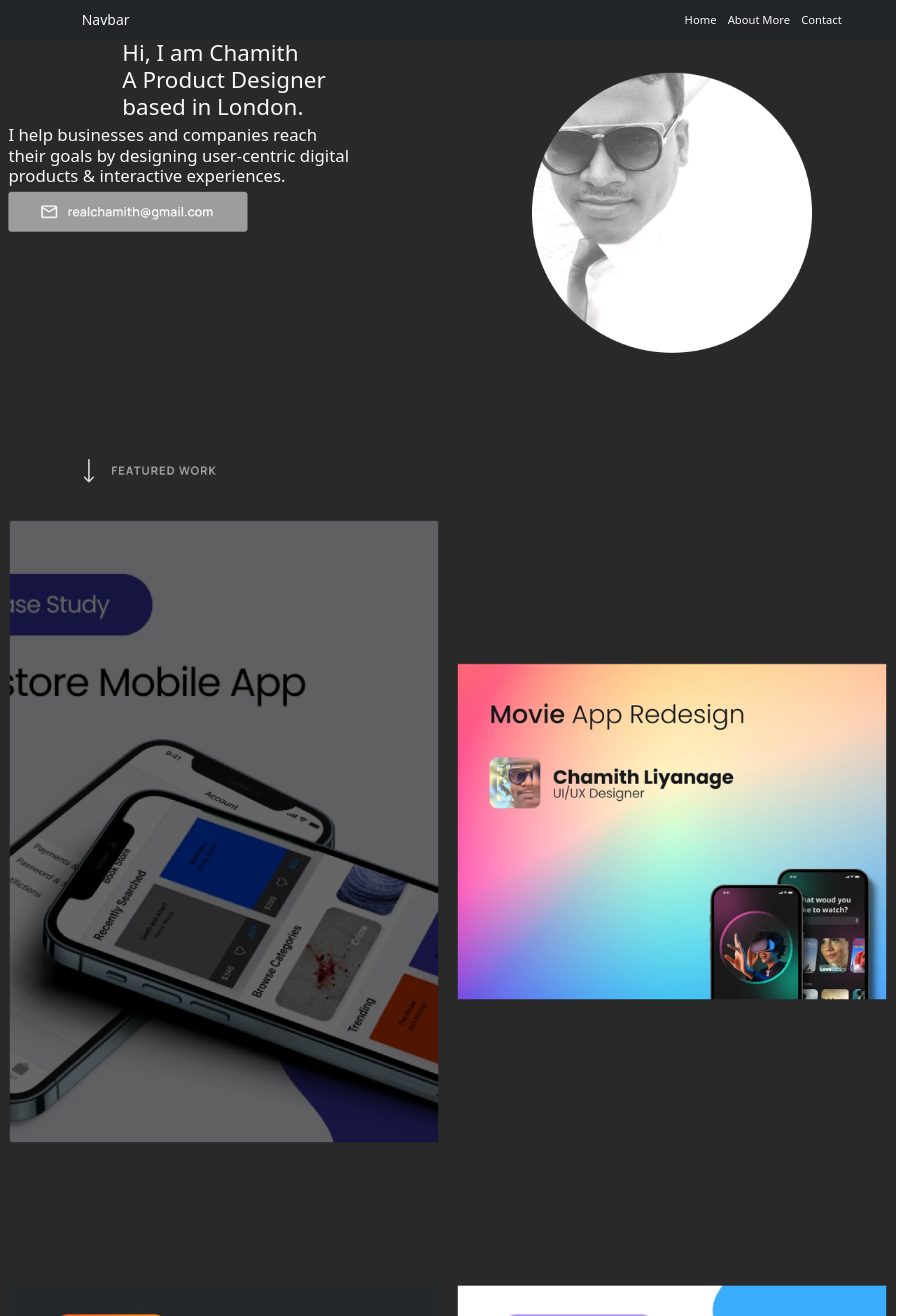
Repository: Realchamithweb/chamith-html
Page: index.html
These files come from the project's save history. The page is drawn as it stood at one moment and after the next save; the edit follows.
The browser window is 1280 px wide. The page is 1292 px wide, so the pictures cover 1292 px, including what lies to the right of the window. The pictures show the part of the page from y = 0 to 1880 px (the page is 4129 px tall), at 70% of full size.

Above is the page before, as saved 2023-01-04 12:07:59.

### index.html
<!doctype html>
<html lang="en">
  <head>
    <!-- Required meta tags -->
    <meta charset="utf-8">
    <meta name="viewport" content="width=device-width, initial-scale=1">
    <link rel="stylesheet" href="/css/style.css">
    <!-- Bootstrap CSS -->
    <link href="https://cdn.jsdelivr.net/npm/bootstrap@5.0.2/dist/css/bootstrap.min.css" rel="stylesheet" integrity="sha384-EVSTQN3/azprG1Anm3QDgpJLIm9Nao0Yz1ztcQTwFspd3yD65VohhpuuCOmLASjC" crossorigin="anonymous">

    <title>Hello, world!</title>
  </head>
  <body>
    <div class="main">
            <div class="head">
                <nav class="navbar navbar-expand-lg navbar-light bg-dark">
                    <div class="container-fluid">
                        <div class="col-md-1"></div>
                    <a class="navbar-brand col-md-8 text-light" href="#">Navbar</a>
                    <button class="navbar-toggler" type="button" data-bs-toggle="collapse" data-bs-target="#navbarNavDropdown" aria-controls="navbarNavDropdown" aria-expanded="false" aria-label="Toggle navigation">
                        <span class="navbar-toggler-icon"></span>
                    </button>
                    <div class="collapse navbar-collapse" id="navbarNavDropdown">
                        <ul class="navbar-nav">
                        <li class="nav-item">
                            <a class="nav-link active text-light" aria-current="page" href="#">Home</a>
                        </li>
                        <li class="nav-item">
                            <a class="nav-link text-light" href="/about-more.html">About More</a>
                        </li>
                        <li class="nav-item">
                            <a class="nav-link text-light" href="/contact.html">Contact</a>
                        </li>
                        </ul>
                    </div>
                    </div>
                </nav>
            </div>

            <section>
            <div class="hero">
                <div class="container-fluid">
                    <div class="row">
                        <div class="col-lg-6 ">
                            <p class="hero-title text-light h2 d-flex justify-content-center">Hi, I am Chamith<br>
                                A Product Designer<br>
                                based in London.
                            </p>
                            <p class="hero-text text-light h4">
                                I help businesses and companies reach <br>
                                their goals by designing user-centric digital <br>
                                products & interactive experiences.
                            </p>
                            <img src="/inc/Btn.png" class="img02">
                        </div>
                        <div class="col-lg-6 d-flex justify-content-center mb-5 mt-5">
                            <img src="/inc/unsplash_XHVpWcr5grQ.png"" class="img01">
                        </div>
                    </div>
                </div>
            </div>
            </section>
            <section>
            <div class="Featured-Work">
                <div class="container-fluid">
                    <div class="row mt-5">
                        <div class="col-lg-1  mb-5"></div>
                        <div class="col-lg-10  mb-5 mt-5">
                            <img src="/inc/Featured.png" class="img00">
                        </div>
                        <div class="col-lg-6 d-flex justify-content-center">
                            <img src="/inc/unsplash_mxPiMiz7KCo.png" class="img01">

                        </div>
                        <div class="col-lg-6 d-flex justify-content-center">
                            <img src="/inc/unsplash_g-pKprPg5yw.png" class="img02">
                        </div>
                    </div>
                </div>
                <div class="container-fluid">
                    <div class="row">
                        <div class="col-lg-6 d-flex justify-content-center">
                            <img src="/inc/unsplash_pqzRfBhd9r0.png" class="img01">
                        </div>
                        <div class="col-lg-6 d-flex justify-content-center">
                            <img src="/inc/unsplash_x-HpilsdKEk.png" class="img01">
                        </div>
                    </div>
                </div>
            </div>
            </section>
            <section>
                <div class="Visual-Explorations mb-5">
                    <div class="container-fluild">
                        <div class="row">
                            <div class="col-lg-12 d-flex justify-content-center text-light h1 mt-5 mb-5">Visual Explorations</div>
                            <div class="col-lg-4 d-flex justify-content-center">
                                <img src="/inc/unsplash_fd6K_OFlnRA.png" class="img01">
                            </div>
                            <div class="col-lg-4 d-flex justify-content-center">
                                <img src="/inc/unsplash_Glel-RswQqM.png" class="img01">
                            </div>
                            <div class="col-lg-4 d-flex justify-content-center">
                                <img src="/inc/unsplash_pPTw_RTkvXQ.png" class="img01">
                            </div>
                        </div>
                    </div>
                </div>
            </section>
            <section>
                <div class="Personal-Projects">
                    <div class="container-fluild">
                        <div class="row">
                            <div class="col-lg-12 d-flex justify-content-center text-light h1 mt-5">Personal Projects</div>
                            <div class="col-lg-4 d-flex justify-content-center">
                                <img src="/inc/Rectangle 4.png" class="img01">
                            </div>
                            <div class="col-lg-4 d-flex justify-content-center">
                                <img src="/inc/Rectangle 4-1.png" class="img01">
                            </div>
                            <div class="col-lg-4 d-flex justify-content-center">
                                <img src="/inc/Rectangle 4-2.png" class="img01">
                            </div>
                        </div>
                    </div>
                </div>
            </section>
            <section>
                <div class="contact-me">
                    <div class="container-fluild">
                        <div class="row">
                                <h2 class="text-light d-flex justify-content-center mb-5">Contact Me</h2>
                                <p class="text-light d-flex text-center justify-content-center h5 mb-5">If you are looking to hire a product designer,<br>
                                    I’m currently available for freelance work</p>
                                <div class="col-lg-12 d-flex justify-content-center mb-5">
                                    <img src="/inc/Btn.png" class="img02">
                                </div>
                        </div>
                    </div>
                </div>
            </section>
            <section>
                <div class="footer">
                    <div class="container-fluild">
                        <div class="row">
                            <hr class="text-light">
                            <div class="col-lg-4 text-center text-light mb-3">Made by Chamith — Copyright 2022</div>
                            <div class="col-lg-4 mb-3"></div>
                            <div class="col-lg-4 mb-3"><img src="/inc/Icons.png" class="img02"></div>
                        </div>
                    </div>
                </div>
            </section>

    </div>




    <!-- Optional JavaScript; choose one of the two! -->

    <!-- Option 1: Bootstrap Bundle with Popper -->
    <script src="https://cdn.jsdelivr.net/npm/bootstrap@5.0.2/dist/js/bootstrap.bundle.min.js" integrity="sha384-MrcW6ZMFYlzcLA8Nl+NtUVF0sA7MsXsP1UyJoMp4YLEuNSfAP+JcXn/tWtIaxVXM" crossorigin="anonymous"></script>

    <!-- Option 2: Separate Popper and Bootstrap JS -->
    <!--
    <script src="https://cdn.jsdelivr.net/npm/@popperjs/core@2.9.2/dist/umd/popper.min.js" integrity="sha384-IQsoLXl5PILFhosVNubq5LC7Qb9DXgDA9i+tQ8Zj3iwWAwPtgFTxbJ8NT4GN1R8p" crossorigin="anonymous"></script>
    <script src="https://cdn.jsdelivr.net/npm/bootstrap@5.0.2/dist/js/bootstrap.min.js" integrity="sha384-cVKIPhGWiC2Al4u+LWgxfKTRIcfu0JTxR+EQDz/bgldoEyl4H0zUF0QKbrJ0EcQF" crossorigin="anonymous"></script>
    -->
  </body>
</html>

### css/style.css
.main{
    background-color: #292929;
}

/*
.hero-title{
    position: absolute;
    width: 824px;
    height: 192px;
    left: 96px;
    top: 240px;

    font-family: 'Inter';
    font-style: normal;
    font-weight: 400;
    font-size: 54px;
    line-height: 64px;
    color: #000000;
}

.hero-text{
    position: absolute;
    width: 824px;
    height: 90px;
    left: 96px;
    top: 456px;

    font-family: 'Inter';
    font-style: normal;
    font-weight: 400;
    font-size: 20px;
    line-height: 30px;
    /* or 150% */
    /* color: #000000
}

.hero-btn{
    box-sizing: border-box;
    position: absolute;
    width: 341.57px;
    height: 57px;
    left: 96px;
    top: 634px;

    background: #FFFFFF;
    border: 1px solid #000000;
    border-radius: 4px;
}

.f-row{
    display: flex;
    flex-direction: row;
    justify-content: center;
    align-items: center;
    padding: 8px;
    gap: 32px;

    position: absolute;
    height: 48px;
    left: 96px;
    top: 836px;
}

.img00{
    display: flex;
    flex-direction: row;
    justify-content: center;
    align-items: center;
    padding: 8px;
    gap: 32px;

    position: absolute;
    width: 198px;
    height: 48px;
    left: 96px;
    top: 836px;

}

.img01{
    position: absolute;
    width: 612px;
    height: 888px;
    left: 96px;
    top: 964px;
    border-radius: 4px;
}

.img01:hover{
    background: linear-gradient(0deg, rgba(0, 0, 0, 0.6), rgba(0, 0, 0, 0.6)), url("/inc/Bookstore.png"), #292929;
}

.img02{
    position: absolute;
    width: 612px;
    height: 888px;
    left: 732px;
    top: 1102px;

    background: url(3ffea8135910975.Y3JvcCwxMDgwLDg0NCwwLDExNw.png), #292929;
    border-radius: 4px;
}  */

After the next save:
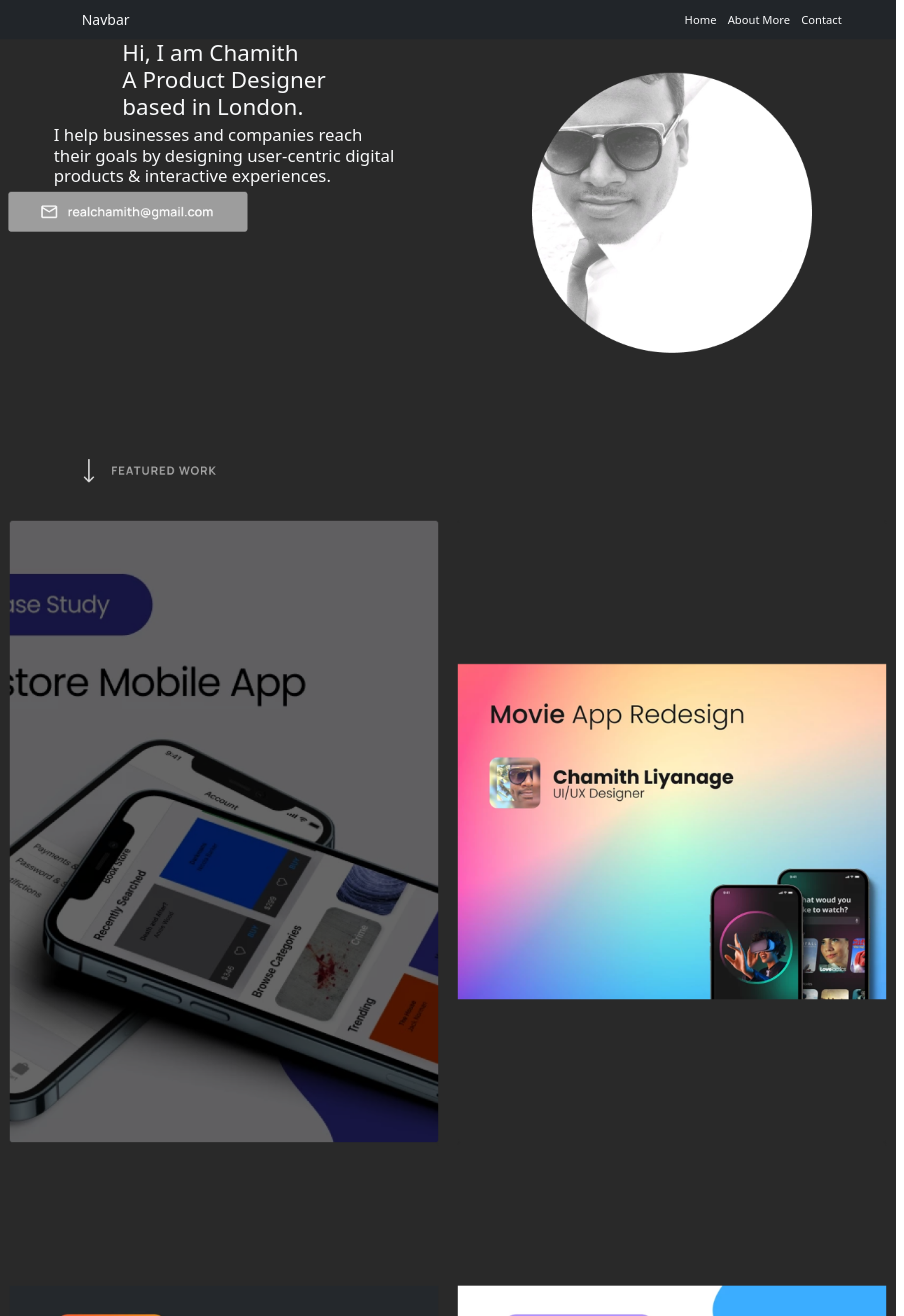
Saved 9 s later.
--- a/index.html
+++ b/index.html
@@ -46,7 +46,7 @@
                                 A Product Designer<br>
                                 based in London.
                             </p>
-                            <p class="hero-text text-light h4">
+                            <p class="hero-text text-light h4 d-flex justify-content-center">
                                 I help businesses and companies reach <br>
                                 their goals by designing user-centric digital <br>
                                 products & interactive experiences.
